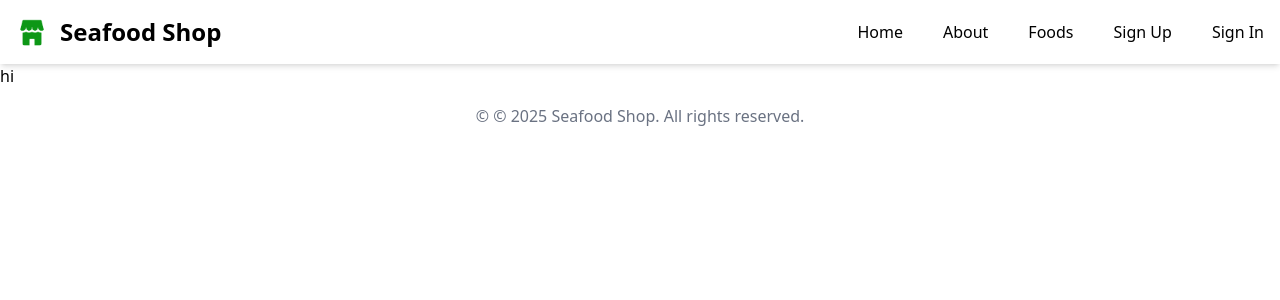
Repository: KongRucifer/SeaFood-Shop
Page: /
An editor plug-in stored every save of this project. The page is shown before and after the next save, followed by the edit.
The browser window is 1280 px wide. The pictures show the whole page.
The project was rebuilt for these pictures with package versions that can differ from the ones it lists, and the page was loaded fresh each time. The framework's server and built-in components were replaced by stand-ins that run in the browser. Also part of the build but not shown: next.config.ts.

Above is the page before, as saved 2025-06-24 21:03:06.

### src/app/layout.tsx
import type { Metadata } from "next";
import { Geist, Geist_Mono } from "next/font/google";
import "./globals.css";
import Navbar from "@/components/Navbar";
import Footer from "@/components/Footer";
 const geistSans = Geist({
  variable: "--font-geist-sans",
  subsets: ["latin"],
});

const geistMono = Geist_Mono({
  variable: "--font-geist-mono",
  subsets: ["latin"],
});

export const metadata: Metadata = {
  title: "ຮ້ານຂາຍອາຫານທະເລ - ໜ້າທຳອິດ | Seafood Shop",
  description:
    "ຮ້ານຂາຍອາຫານທະເລອອນໄລ ໜ້າທຳອິດ ລວມອາຫານທະເລຫຼາກຫຼາຍ ເຊັ່ນ ປາ, ປູ, ກຸ້ງ ແລະ ອາຫານທະເລອື່ນໆ ສາມາດສັ່ງເຊົ້າ ແລະ ສັ່ງເຂົ້າໃນເວັບໄຊ ສາມາດເຮັດ ການໂອນເງິນ",
  keywords:
    "ອາຫານທະເລ ອອນໄລ, ຮ້ານຂາຍອາຫານທະເລ, ສັ່ງອາຫານທະເລ, ອາຫານທະເລສົ່ງໄວ",
  authors: [{ name: "kong mong thao" }],
  publisher: "Super Shop SeaFood",
  robots: {
    index: true,
    follow: true,
  },
  openGraph: {
    title: "ຮ້ານຂາຍອາຫານທະເລ - ໜ້າທຳອິດ | Seafood Shop",
    description:
      "ສັ່ງຊື້ອາຫານທະເລ ລາຄາຖືກ ສົ່ງໄວ ທັນໃຈ ມີບໍລິການໂອນເງີນ ປາຍທາງ",
    url: "http://localhost:3000/images/fish.jpeg",
    siteName: "Seafood Shop",
    locale: "th_TH",
    type: "website",
    images: [
      {
        url: "http://localhost:3000/images/myshopSeafood.jpeg",
        width: 1200,
        height: 630,
        alt: "Food Shop Image",
      },
    ],
  },
  twitter: {
    card: "summary_large_image",
    title: "ຮ້ານຂາຍອາຫານທະເລ - ໜ້າທຳອິດ | Seafood Shop",
    description:
      "ສັ່ງຊື້ອາຫານທະເລ ລາຄາຖືກ ສົ່ງໄວ ທັນໃຈ ມີບໍລິການໂອນເງີນ ປາຍທາງ",
    images: ["http://localhost:3000/images/seafood2.jpeg"],
  },
  alternates: {
    canonical: "https://yourdomain.com/",
  },
  // viewport: 'width=device-width, initial-scale=1',
}
export const viewport = {
  width: 'device-width',
  initialScale: 1,
};
export default function RootLayout({
  children,
}: Readonly<{
  children: React.ReactNode;
}>) {
  return (
    <html lang="en">
      <body
        className={`${geistSans.variable} ${geistMono.variable} antialiased`}
      >
        <Navbar />

        {children}

        <Footer />
      </body>
    </html>
  );
}

### src/app/page.tsx
// ✅ app/page.tsx
import React from 'react'
// import Home from './views/Home'

export default async function FoodPage() {

  return (
    <div>
       {/* <Home/> */}
       hi
    </div>
  )
}
// export default async function Home() {
//   const res = await fetch('https://jsonplaceholder.typicode.com/posts?_limit=5')
//   const posts = await res.json()

//   return (
//     <div>
//       <h1>Posts</h1>
//       <ul>
//         {posts.map((post: any) => (
//           <li key={post.id}>{post.title}</li>
//         ))}
//       </ul>
//     </div>
//   )
// }

### src/app/globals.css
 @import "tailwindcss";
/*
:root {
  --background: #ffffff;
  --foreground: #171717;
}

@theme inline {
  --color-background: var(--background);
  --color-foreground: var(--foreground);
  --font-sans: var(--font-geist-sans);
  --font-mono: var(--font-geist-mono);
}

@media (prefers-color-scheme: dark) {
  :root {
    --background: #0a0a0a;
    --foreground: #ededed;
  }
}

body {
  background: var(--background);
  color: var(--foreground);
  font-family: Arial, Helvetica, sans-serif;
} */

### src/components/Navbar.tsx
import Link from "next/link";
export default function Navbar() {
  return (
    <nav className="bg-white border-gray-200 dark:bg-gray-900 shadow-md">
      <div className="max-w-screen-xl flex flex-wrap items-center justify-between mx-auto p-4">
        <a href="/" className="flex items-center">
          <img
            src="images/lets-icons_shop.png"
            className="h-8 mr-3"
            alt="Seafood Shop Logo"
          />
          <span className="self-center text-2xl font-semibold whitespace-nowrap dark:text-white">
            Seafood Shop
          </span>
        </a>
        <div className="flex md:order-2 gap-10">
          <Link href="/">Home</Link>
          <Link href="/">About</Link>
          <Link href="/">Foods</Link>
          <Link href="/" className="btn btn-outline">
            Sign Up
          </Link>
          <Link href="/" className="btn btn-outline">
            Sign In
          </Link>
        </div>
      </div>
    </nav>
  );
}

### src/components/Footer.tsx
export default function Footer() {
  return (
    <footer className="bg-white dark:bg-gray-900">
      <div className="max-w-screen-xl mx-auto p-4">
        <div className="text-center text-gray-500 dark:text-gray-400">
          © © {new Date().getFullYear()} Seafood Shop. All rights reserved.
        </div>
      </div>
    </footer>
  ); }

After the next save:
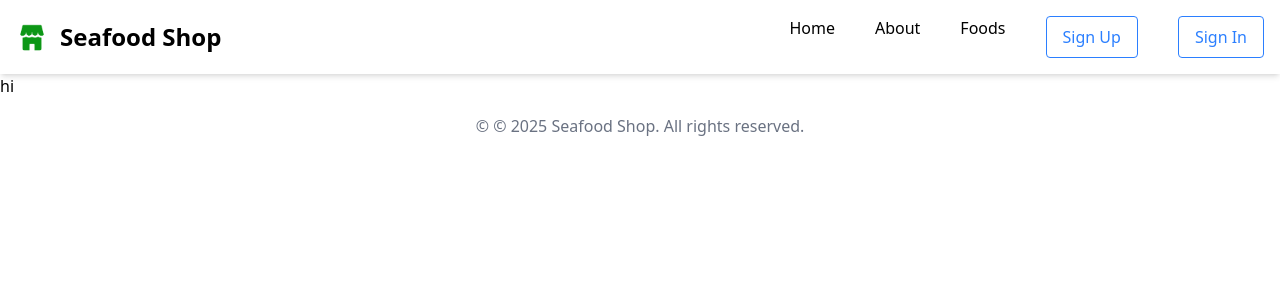
Saved 5 s later.
--- a/src/components/Navbar.tsx
+++ b/src/components/Navbar.tsx
@@ -17,10 +17,10 @@ export default function Navbar() {
           <Link href="/">Home</Link>
           <Link href="/">About</Link>
           <Link href="/">Foods</Link>
-          <Link href="/" className="btn btn-outline">
+          <Link href="/" className="border border-blue-500 text-blue-500 px-4 py-2 rounded hover:bg-blue-50 transition">
             Sign Up
           </Link>
-          <Link href="/" className="btn btn-outline">
+          <Link href="/" className="border border-blue-500 text-blue-500 px-4 py-2 rounded hover:bg-blue-50 transition">
             Sign In
           </Link>
         </div>
